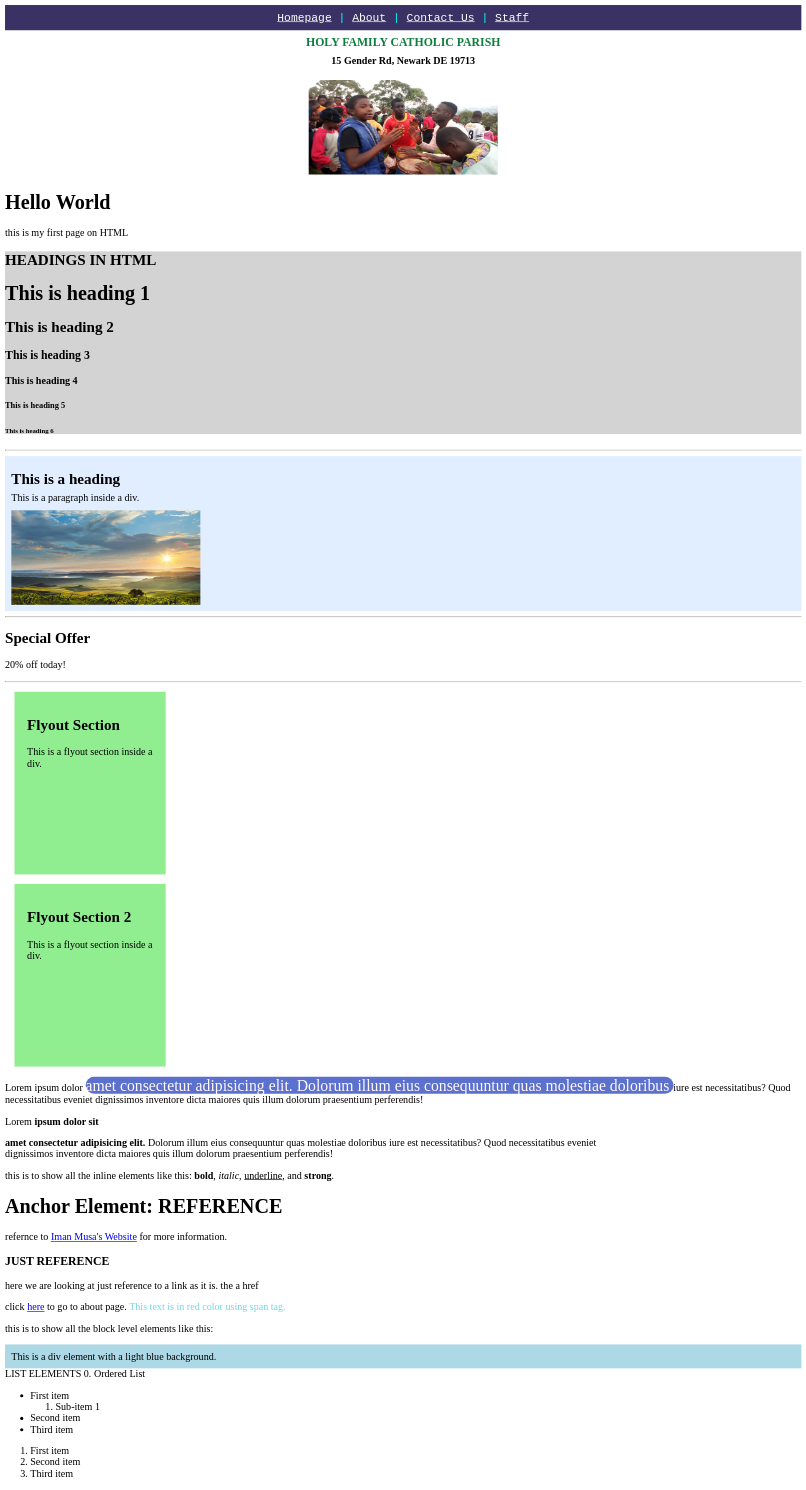
Repository: ficotims/HTML-RESTART
Page: Homepage.html
These files come from the project's save history. The page is drawn as it stood at one moment and after the next save; the edit follows.
The browser window is 1280 px wide. The pictures show the whole page, at 63% of full size.

Above is the page before, as saved 2026-02-10 14:40:08.

### Homepage.html
<!doctype html>
<html lang="en">
  <head>
    <meta charset="UTF-8" />
    <meta name="viewport" content="width=device-width, initial-scale=1.0" />
    <title>HTML Crash course with Iman Musa</title>
    <link rel="stylesheet" href="Style 1.css"/>
  </head>
  <body>

    <!-- NAVIGATION SECTION -->
        <div style="background-color: rgb(58, 49, 100); padding: 10px; text-align: center; color: aqua; font-size: 18px; font-family: monospace, Lemon milk;">
    <a href="Homepage.html" target="_top" style="color: white;">Homepage</a> |
    <a href="about.html" style="color: white;">About</a> | <a href="Contact us.html" style="color: white;">Contact Us</a> |
    <a href="staff.html" style="color: white;">Staff</a>
     </div>

 <div style="text-align: center;">
    <h3><span style="color: rgb(14, 126, 61);"><div style="line-height: 0;">HOLY FAMILY CATHOLIC PARISH</b></span></h3>
    <H4>15 Gender Rd, Newark DE 19713</H4>
    <img
        src="images/Acension.jpg"
        alt="Catholic Church Logo"
        width="300"
        height="150"
      />
      </div>

    <h1>Hello World</h1>
    <p>this is my first page on HTML</p>
    <!-- this is a comment and will not appear on the screen/ page -->
    <!-- let us introduce the headings -->
    <div style="background-color: lightgray; padding: px; text-align: left">
      <h2>HEADINGS IN HTML</h2>
    <h1>This is heading 1</h1>
    <h2>This is heading 2</h2>
    <h3>This is heading 3</h3>
    <h4>This is heading 4</h4>
    <h5>This is heading 5</h5>
    <h6>This is heading 6</h6>
    </div>

    <!-- here we are starting off LEARNING HOW TO USE THE <div> TAG -->
 <hr>
      <div style="background-color: rgb(224, 238, 255); padding: 10px; text-align: left; line-height: 0.5;">
  <h2>This is a heading</h2>
  <p>This is a paragraph inside a div.</p>
  <img src="images/landscape.jpg" alt="Landscape" width="300"
        height="150" />
</div>
<hr>
<div class="highlight-box">
  <h2>Special Offer</h2>
  <p>20% off today!</p>
</div>
<hr>

  <div class="flyout">
    <h2>Flyout Section</h2>
    <p>This is a flyout section inside a div.</p>
  </div>

 <div class="flyout">
    <h2>Flyout Section 2</h2>
    <p>This is a flyout section inside a div.</p>
  </div>

    <!-- thi is for paragraphs now -->
    <p>
      Lorem ipsum dolor <span class="body1">amet consectetur adipisicing elit. Dolorum illum
      eius consequuntur quas molestiae doloribus </span> iure est necessitatibus? Quod
      necessitatibus eveniet dignissimos inventore dicta maiores quis illum
      dolorum praesentium perferendis!
    </p>

    <p>
      Lorem <b>ipsum dolor sit <div>amet consectetur adipisicing elit.</b> Dolorum
      illum eius consequuntur quas molestiae doloribus iure est necessitatibus?
      Quod necessitatibus eveniet </div>dignissimos inventore dicta maiores quis illum
      dolorum praesentium perferendis!
    </p>


    <!-- this is for inline leve elements -->

    <p>
      this is to show all the inline elements like this: <b>bold</b>,
      <i>italic</i>, <u>underline</u>, and <strong>strong</strong>.
      <br />

      <!-- using the other inline elements: Anchor Elements (which are just links) -->
    </p>
    <h1>Anchor Element: REFERENCE</h1>
    refernce to
    <a href="https://www.google.com" target="_blank">Iman Musa's Website</a> for
    more information.
    <h3>JUST REFERENCE</h3>
    <p>here we are looking at just reference to a link as it is. the a href</p>
    click <a href="about.html" target="_blank">here</a> to go to about page.

    <!-- SPAN ELEMENT -->
    <span style="color: rgba(31, 190, 211, 0.63)">This text is in red color using span tag.</span>
    <p>
      <!-- now let us introduce the block level elements -->
      this is to show all the block level elements like this:
    </p>

    <div style="background-color: lightblue; padding: 10px">
      This is a div element with a light blue background.
    </div>

    <!-- this is LIST -->
<hi2>LIST ELEMENTS</h2>

    0. Ordered List

    <ul>
      <li>First item</li>
      <ol><li>Sub-item 1</li></ol>
      <li>Second item</li>
      <li>Third item</li>
    </ul>

    <ol>
      <li>First item</li>
      <li>Second item</li>
      <li>Third item</li>
    </ol>
  </body>
</html>

### Style 1.css
.body1 {
    color: rgb(255, 249, 249);
    background-color: rgb(92, 113, 206);
    border-radius: 50px;
    font-size: 25px;
}

.flyout {
    border: none;
    background-color: lightgreen;
    color: rgb(0, 0, 0);
    padding: 20px;
    margin: 15px;
    height: 250px;
    width: 200px;
}

After the next save:
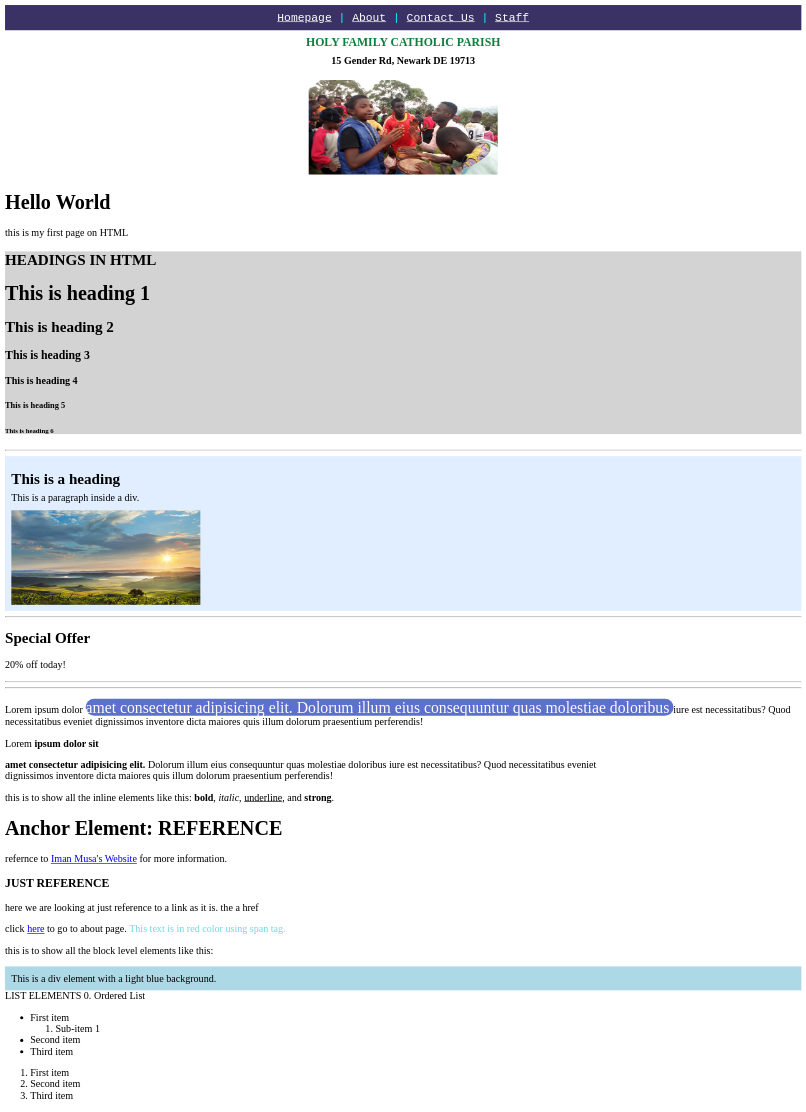
Saved 117 min 24 s later.
--- a/Homepage.html
+++ b/Homepage.html
@@ -55,16 +55,10 @@
 </div>
 <hr>
 
-  <div class="flyout">
-    <h2>Flyout Section</h2>
-    <p>This is a flyout section inside a div.</p>
-  </div>
+  <!-- SECTION AND CARDS -->
 
- <div class="flyout">
-    <h2>Flyout Section 2</h2>
-    <p>This is a flyout section inside a div.</p>
-  </div>
 
+  <hr>
     <!-- thi is for paragraphs now -->
     <p>
       Lorem ipsum dolor <span class="body1">amet consectetur adipisicing elit. Dolorum illum
